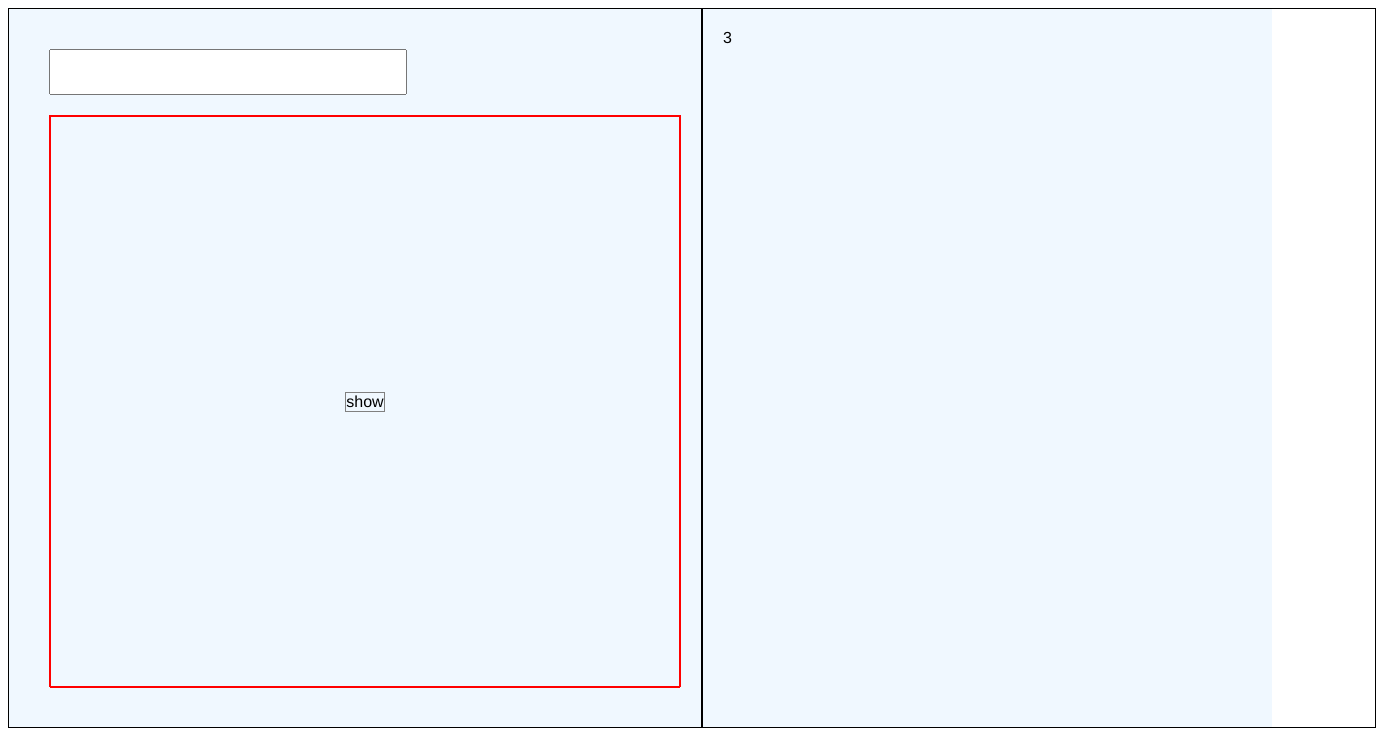
Repository: andrii1/react-gifs
Page: /
The author's editor kept a copy of each file at every save. The page is drawn from the files as they stood at one save, then again after the next save.
The browser window is 1280 px wide. The page is 1376 px wide, then 1356 px, so the pictures cover 1376 px, including what lies to the right of the window. The pictures show the whole page.
The project was rebuilt for these pictures with package versions that can differ from the ones it lists, and the page was loaded fresh each time. Also part of the build but not shown: webpack.config.js.

Above is the page before, as saved 2022-03-02 10:19:37.

### src/index.jsx
import React from 'react';
import ReactDOM from 'react-dom';
import App from './components/App';

import '../assets/stylesheets/application.scss';

const root = document.getElementById('root');
if (root) {
  ReactDOM.render(<App />, root);
}

### src/components/App.jsx
import React, { Component } from 'react';
import ReactDOM from 'react-dom';
import Search from './Search'
import Show from './Show'
import Sidebar from './Sidebar'
const GIPHY_API_KEY = '1KMPHCBIOe3hOjJwCJQX49sRc6cM0oIm';

class App extends Component {
  state = {
    gifs: [],
    selectedGifId: "xT9IgDEI1iZyb2wqo8"
   }

  search(query) {
    const giphEndpoint = `https://api.giphy.com/v1/gifs/search?api_key=${GIPHY_API_KEY}&q=homer&limit=10`
    fetch(giphEndpoint).then(response => response.json()).then((data) => {
      const gifs = data.data.map(giph => giph.id)
      this.setState({
        gifs: gifs
      })
      console.log(gifs)
    })
  }

  render() {
    return (<div className="app">

        <div className="left">
          <div className="left-container">
          <Search searchFunction={this.search} />
          <Show id={this.state.selectedGifId}  />
          </div>
        </div>
        <div className="right"><Sidebar /></div>

    </div>);
  }
}

export default App;

### assets/stylesheets/application.scss
body {
  font-family: Helvetica;
}

#root .app {
  height: 100vh;
  display: flex;
  align-items: top;
  justify-content: space-between;
  background-color: aliceblue;
}
.app {
  background-color: aliceblue;
}



.left {
  flex: 0 0 50%;
  border: black 1px solid;
  padding: 20px 20px 20px 40px;
}

.right {
  flex: 0 0 50%;
  border: black 1px solid;
  padding: 20px 20px 20px 20px;
  overflow: scroll;
}

.gif-list {
  column-count: 2;
    column-gap: 5px;
    padding: 5px;
}

.left-container {
  display: flex;
  flex-direction: column;
}

.search {
  padding:20px 20px 20px 0;
}

input[type=text] {
  height: 40px;
  width: 350px
}

.show {
  height: calc(100vh - 150px);
  //height: 100%;
  border: 1px solid red;
}

.show-container {
  height: 100%;
  display: flex;
  align-items: center;
  justify-content: center;
  border: 1px solid red;
}

.show-gif {
  //width: 100px;
  //height: 100px;
  border: 1px solid grey;
}

### src/components/Search.jsx
import React, { Component } from 'react';
import ReactDOM from 'react-dom';

class Search extends Component {
  //state = {  }
  render() {
    return (
          <div className="search">
            <input type="text" name="search" />
          </div>
          );
  }
}

export default Search;

### src/components/Show.jsx
import React, { Component } from 'react';
import ReactDOM from 'react-dom';

class Show extends Component {
  //state = {  }
  render() {
    return (
      <div className="show">
        <div className="show-container">
          <div className="show-gif">show</div>
        </div>
      </div>
    );
  }
}

export default Show;

### src/components/Sidebar.jsx
import React, { Component } from 'react';
import ReactDOM from 'react-dom';

class Sidebar extends Component {
  //state = {  }
  render() {
    return (
      <div>3</div>
    );
  }
}

export default Sidebar;

After the next save:
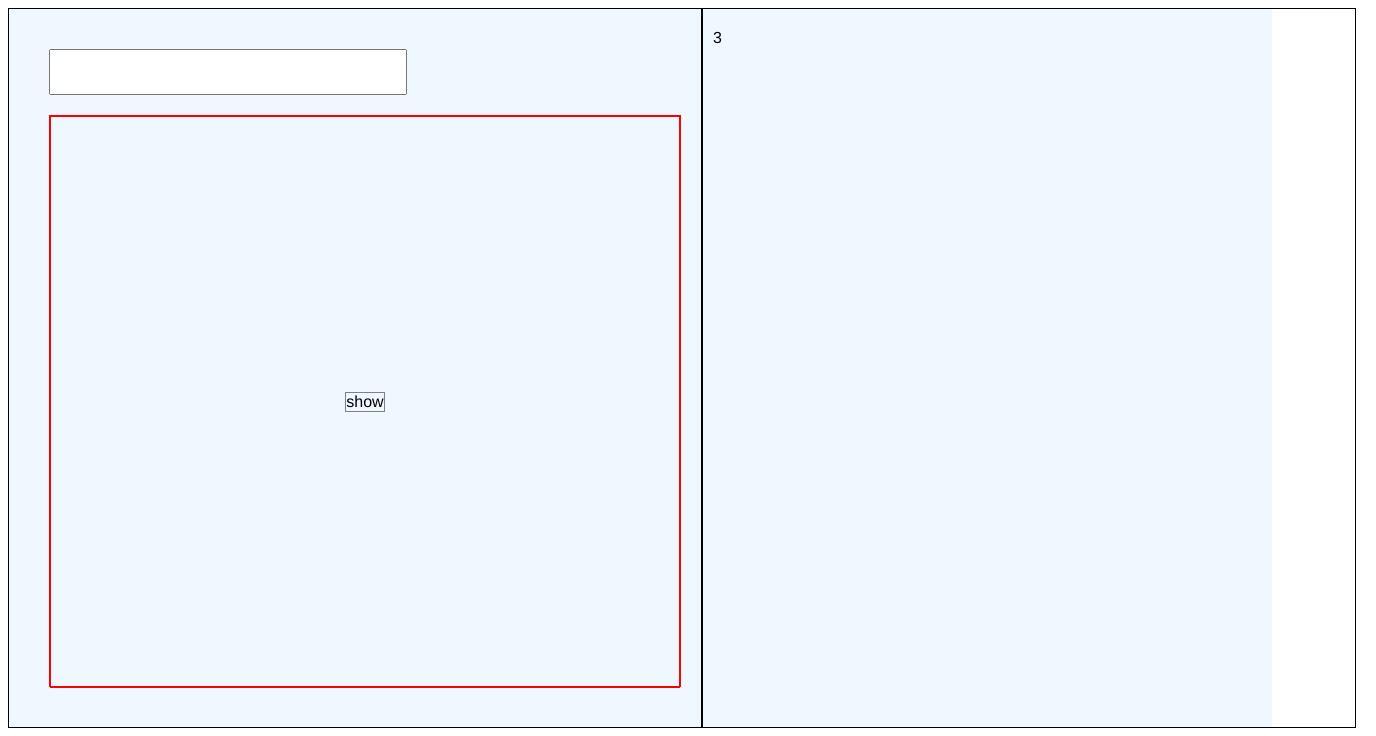
Saved 42 s later.
--- a/assets/stylesheets/application.scss
+++ b/assets/stylesheets/application.scss
@@ -24,7 +24,7 @@ body {
 .right {
   flex: 0 0 50%;
   border: black 1px solid;
-  padding: 20px 20px 20px 20px;
+  padding: 20px 10px 20px 10px;
   overflow: scroll;
 }
 
